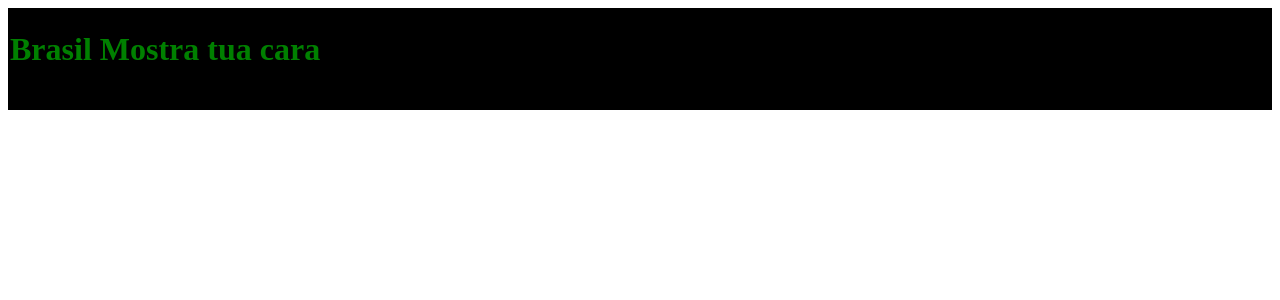
Repository: lcluizrj/meu-projeto-vscode
Page: / (app in cadastro-usuarios-devclub/)
These files come from the project's save history. The page is drawn as it stood at one moment and after a run of saves; the edit follows.
The browser window is 1280 px wide. The pictures show the whole page.
The project was rebuilt for these pictures with package versions that can differ from the ones it lists, and the page was loaded fresh each time. Also part of the build but not shown: cadastro-usuarios-devclub/vite.config.js.

Above is the page before, as saved 2026-08-11 18:07:45.

After the next 2 saves:
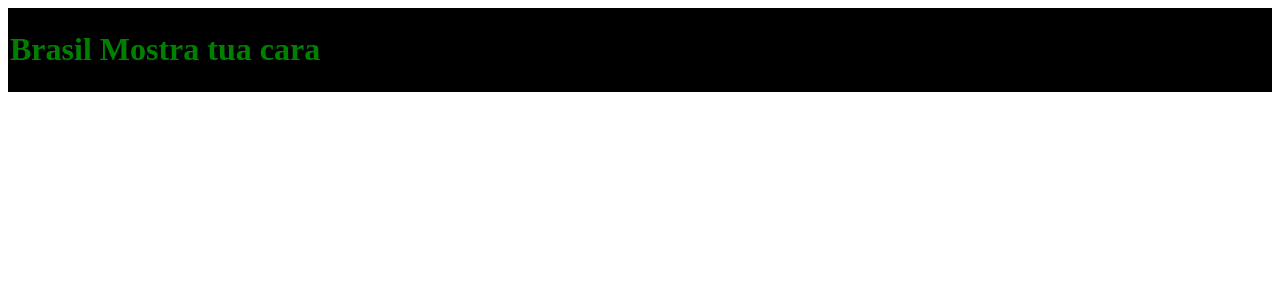
The 2 saves are shown as one change because they came seconds apart.
The last was saved 21 s later.
--- a/cadastro-usuarios-devclub/src/App.jsx
+++ b/cadastro-usuarios-devclub/src/App.jsx
@@ -5,7 +5,7 @@
 return (
   <Container>
     <h1>Brasil Mostra tua cara</h1>
-    <> Lula LAdrao </>
+    <title> Lula LAdrao </title>
   </Container>
 )
 
